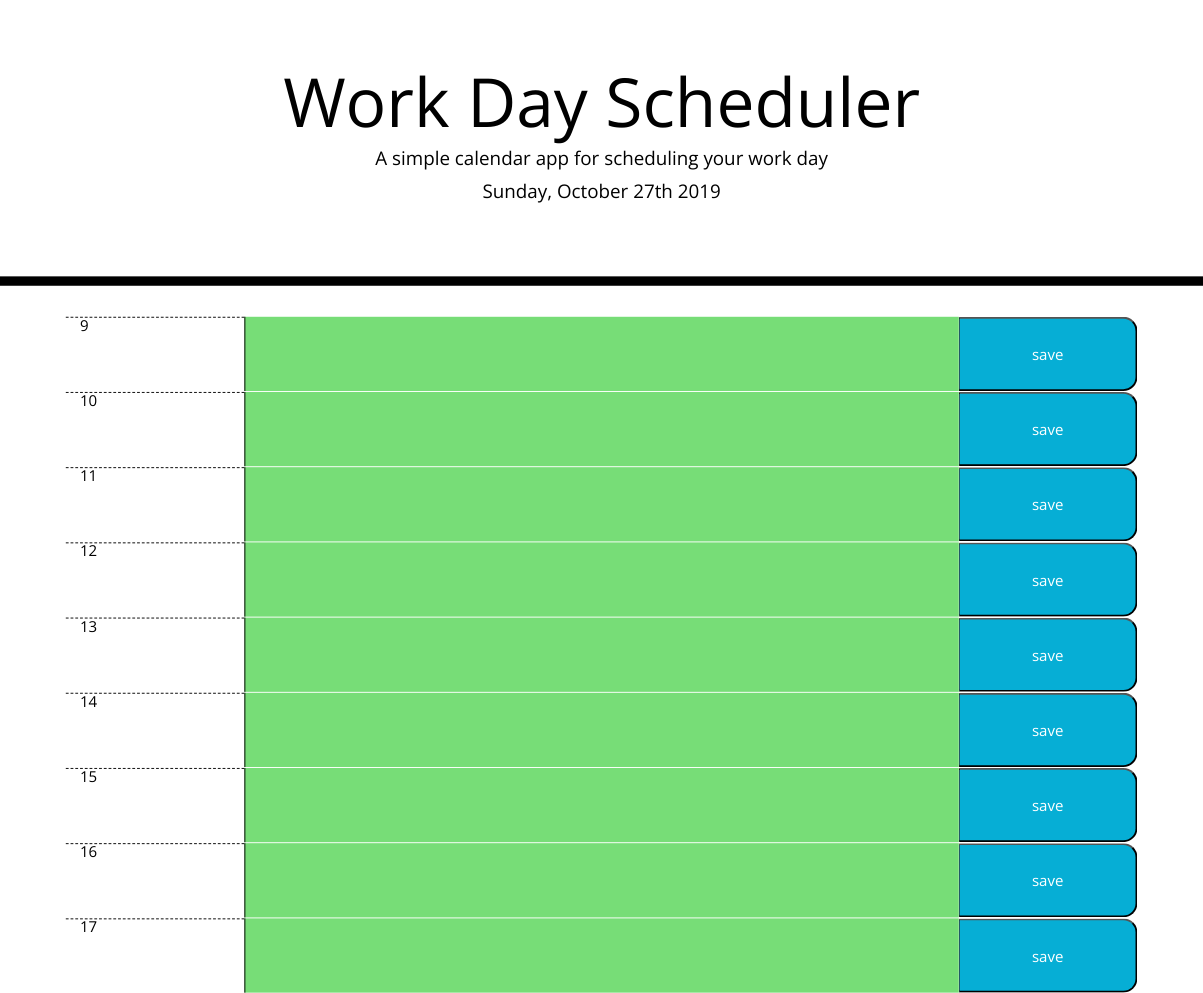
Repository: s88leigh/Day-Planner
Page: Develop/index.html
These files come from the project's save history. The page is drawn as it stood at one moment and after the next save; the edit follows.
The browser window is 1280 px wide. The pictures show the whole page, at 94% of full size.
Some web libraries are served in a nearby version.

Above is the page before, as saved 2019-10-27 17:15:19.

### Develop/index.html
<!DOCTYPE html>
<html lang="en">
  <head>
    <meta charset="UTF-8" />
    <meta name="viewport" content="width=device-width, initial-scale=1.0" />
    <meta http-equiv="X-UA-Compatible" content="ie=edge" />
    <link
      rel="stylesheet"
      href="https://stackpath.bootstrapcdn.com/bootstrap/4.3.1/css/bootstrap.min.css"
    />
    <link
      rel="stylesheet"
      href="https://use.fontawesome.com/releases/v5.8.1/css/all.css"
      integrity="sha384-50oBUHEmvpQ+1lW4y57PTFmhCaXp0ML5d60M1M7uH2+nqUivzIebhndOJK28anvf"
      crossorigin="anonymous"
    />
    <link
      href="https://fonts.googleapis.com/css?family=Open+Sans&display=swap"
      rel="stylesheet"
    />
    <link rel="stylesheet" href="style.css" />
    <title>Work Day Scheduler</title>
  </head>

  <body>
    <script src="lib\moment\moment.min.js"></script>

    <header class="jumbotron">
      <h1 class="display-3">Work Day Scheduler</h1>
      <p class="lead">A simple calendar app for scheduling your work day</p>
      <p id="currentDay" class="lead">9:00</p>
    </header>
    <div class="container">
      <!-- Timeblocks go here -->

   </div>










    <script src="https://code.jquery.com/jquery-3.4.1.min.js"></script>
    <script src="https://cdnjs.cloudflare.com/ajax/libs/moment.js/2.24.0/moment.min.js"></script>
    <script src="script.js"></script>
    </body>
</html>

### Develop/style.css
body {
  font-family: 'Open Sans', sans-serif;
  font-size: 16px;
  line-height: 1;
}

textarea{
  background: transparent;
  border: none;
  resize: none;
  color: #000000;
  border-left: 1px solid black;
  padding: 10px;
}

.jumbotron {
  text-align: center;
  background-color: transparent;
  color: black;
  border-radius: 0;
  border-bottom: 10px solid black;
}

.description{
  white-space: pre-wrap;
}

.time-block{
  text-align: center;
  border-radius: 15px;
}

.row {
  white-space: pre-wrap;
  height: 80px;
  border-top: 1px solid white;;
}

.hour {
  background-color: #ffffff;
  color: #000000;
  border-top: 1px dashed #000000;
}

.past {
  background-color: #d3d3d3;
  /* color: white; */
}

.present {
  background-color: #ff6961;
  /* color: white; */
}

.future {
  background-color: #77dd77;
  /* color: white; */
}

.saveBtn {
  border-left: 1px solid black;
  border-top-right-radius: 15px;
  border-bottom-right-radius: 15px;
  background-color: #06AED5;
  color: white;
}

.saveBtn i:hover {
  font-size: 20px;
  transition: all .3s ease-in-out;
}

### Develop/script.js
var startTime = 9;
var endTime = 17;
const curDay = document.querySelector(".currentDay");
const now = moment();

function updateTime(){

  const date = now.format("dddd, MMMM Do YYYY");

  currentDay.textContent = date;
}
setInterval (updateTime , 1000)
updateTime();


for(i = startTime; i <= endTime; i++) {
    newRow = $("<div>");
    newRow.addClass("row");

    hour = $("<div>");
    hour.addClass("col-2 hour");
    hour.text(i);
    Time1 = moment(i,"hA")

    dailyTask = $("<textarea>");
    dailyTask.addClass("col-8");
    dailyTask.addClass("future");

    saveButton = $("<button>");
    saveButton.addClass("col-2 saveBtn");
    saveButton.addClass("saveBtn i:hover");
    saveButton.text("save");

    newRow.append(hour, dailyTask, saveButton);
    $(".container").append(newRow);
}


// var saveButton = $(".saveBtn");

//  var inputTask = $(".col-8").value;

// $(".saveBtn").on("click", function(){

//   var input = inputTask;
//   input.textContent=value;

//  if (input && value) {
//    localStorage.setItem("input", input);
//  }
  // console.log("clicked save button");
    // });

    // // Get id of element clicked by user
    // $(".row").click(function(event) {
    //   dailyTaskInput = event.target.class;

    // }


    // var saveButton=JSON.stringify(value);
    // localStorage.setItem("saveButton", saveButtonJSON);

Loaded but not shown: Develop/lib/moment/moment.min.js (library)

After the next save:
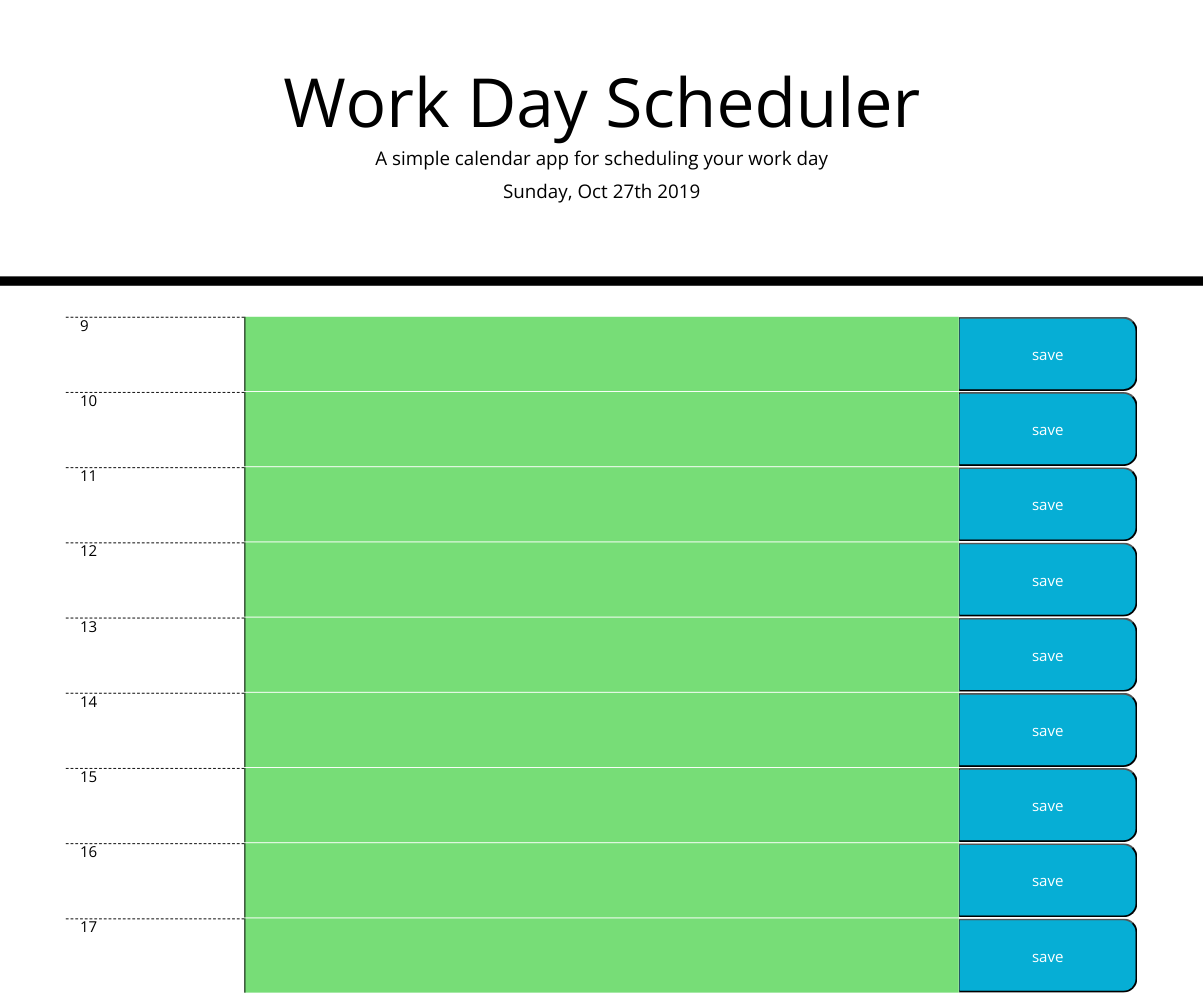
Saved 26 s later.
--- a/Develop/script.js
+++ b/Develop/script.js
@@ -5,7 +5,7 @@ const now = moment();
 
 function updateTime(){
 
-  const date = now.format("dddd, MMMM Do YYYY");
+  const date = now.format("dddd, MMM Do YYYY");
 
   currentDay.textContent = date;
 }
